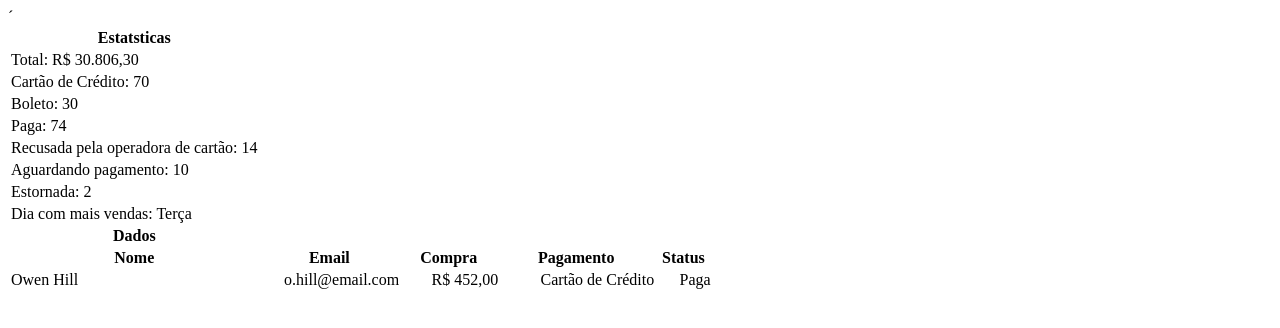
Repository: lucasleitedosreis/exercicios-praticando-typescript
Page: index.html
An editor plug-in stored every save of this project. The page is shown before and after the next save, followed by the edit.
The browser window is 1280 px wide. The pictures show the whole page.
The page's requests for data from a server got no answer.

Above is the page before, as saved 2023-04-13 13:47:53.

### index.html
<!DOCTYPE html>
<html lang="pt-BR">

<head>
    <meta charset="UTF-8">
    <meta http-equiv="X-UA-Compatible" content="IE=edge">
    <meta name="viewport" content="width=device-width, initial-scale=1.0">
    <title>Exercícios TypeScript</title>
    <link rel="stylesheet" href="./src/styles.css">
</head>

<body>
    <table>
        <thead>
            <tr>
                <th id="estatisticas">Estatsticas</th>´
            </tr>
        </thead>
        <tbody>
            <tr>
                <td>Total: R$ 30.806,30</td>
            </tr>
            <tr>
                <td>Cartão de Crédito: 70</td>
            </tr>
            <tr>
                <td>Boleto: 30</td>
            </tr>
            <tr>
                <td>Paga: 74</td>
            </tr>
            <tr>
                <td>Recusada pela operadora de cartão: 14</td>
            </tr>
            <tr>
                <td>Aguardando pagamento: 10</td>
            </tr>
            <tr>
                <td>Estornada: 2</td>
            </tr>
            <tr>
                <td>Dia com mais vendas: Terça</td>
            </tr>
        </tbody>
        <thead>
            <tr>
                <th id="dados">Dados</th>
            </tr>
        </thead>
        <tbody>
            <tr>
                <th id="nome" colspan="2">Nome</th>
                <th id="email" colspan="4">Email</th>
                <th id="compra" colspan="4">Compra</th>
                <th id="pagamento" colspan="4">Pagamento</th>
                <th id="status" colspan="4">Status</th>
            </tr>
            <tr>
                <td colspan="4">Owen Hill</td>
                <td colspan="4">o.hill@email.com</td>
                <td colspan="4">R$ 452,00</td>
                <td colspan="4">Cartão de Crédito</td>
                <td colspan="4">Paga</td>
            </tr>
        </tbody>

    </table>
    <script type="module" src="./dist/script.js"></script>
</body>

</html>

### dist/script.js
import fetchData from "./fetchData.js";
import normalizarTransacao from "./normalizartransacao.js";
async function handleData() {
    const data = await fetchData("https://api.origamid.dev/json/transacoes.json?");
    if (!data)
        return;
    const transacoes = data.map(normalizarTransacao);
    console.log(transacoes);
}
handleData();
//# sourceMappingURL=script.js.map

### dist/fetchData.js
export default async function fetchData(url) {
    try {
        const response = await fetch(url);
        if (!response.ok)
            throw new Error("Erro: " + response.status);
        const json = await response.json();
        return json;
    }
    catch (error) {
        if (error instanceof Error)
            console.log("Ocorreu um Erro ao executar o fetch: " + error.message);
        return null;
    }
}
//# sourceMappingURL=fetchData.js.map

### dist/normalizartransacao.js
import moedaParanumero from "./moedaParaNumero.js";
export default function normalizarTransacao(transacao) {
    return {
        nome: transacao.Nome,
        id: transacao.ID,
        data: transacao.Data,
        status: transacao.Status,
        email: transacao.Email,
        moeda: transacao["Valor (R$)"],
        valor: moedaParanumero(transacao["Valor (R$)"]),
        pagamento: transacao["Forma de Pagamento"],
        novo: Boolean(transacao["Cliente Novo"]),
    };
}
//# sourceMappingURL=normalizartransacao.js.map

### dist/moedaParaNumero.js
export default function moedaParanumero(moeda) {
    const numero = Number(moeda.replaceAll(".", "").replaceAll(",", "."));
    if (isNaN(numero)) {
        return null;
    }
    else {
        return numero;
    }
}
//# sourceMappingURL=moedaParaNumero.js.map

Loaded but not shown: src/styles.css (no stored copy; drawn as an empty file)

After the next save:
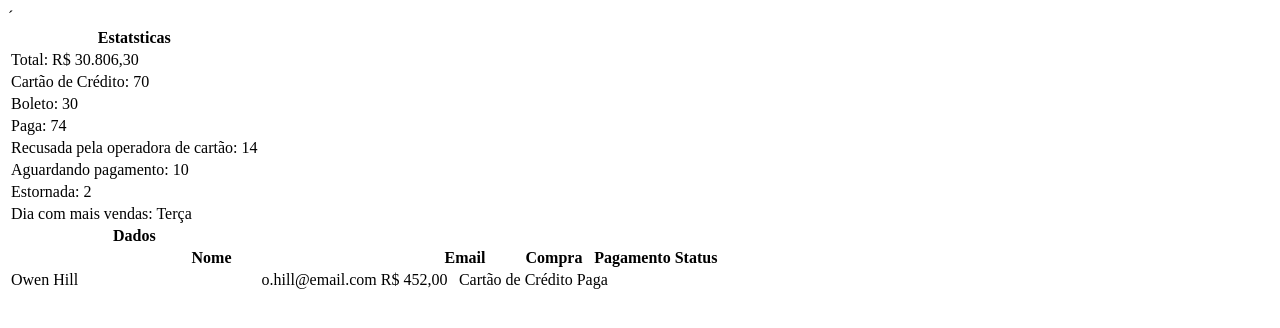
Saved 6 s later.
--- a/index.html
+++ b/index.html
@@ -49,7 +49,7 @@
         </thead>
         <tbody>
             <tr>
-                <th id="nome" colspan="2">Nome</th>
+                <th id="nome" colspan="10">Nome</th>
                 <th id="email" colspan="4">Email</th>
                 <th id="compra" colspan="4">Compra</th>
                 <th id="pagamento" colspan="4">Pagamento</th>
